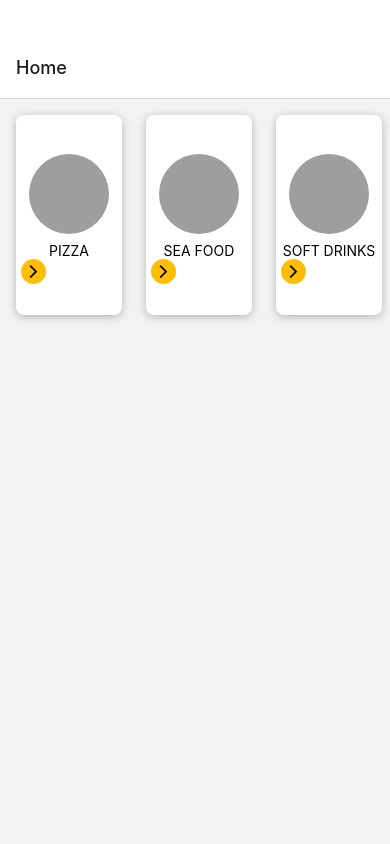
Repository: Esraa22M/ReactNative
Screen: /
An editor plug-in stored every save of this project. The screen is shown before and after the next save, followed by the edit.
Pictures or frames that could not be fetched are drawn as grey boxes. The app was drawn by React Native's web renderer in a window 390 px wide. The project was rebuilt for these pictures with package versions that can differ from the ones it lists, and the page was loaded fresh each time. Also part of the build but not shown: src/components/header/header.component.js, src/colors/front-screen-colors/user-auth-colors.js, src/components/header/header.styles.js, src/components/textInput/textInput.styles.js, src/components/textInput/textInput.components.jsx, src/components/singup-form-body/singup-form-body.components.js, src/screens/front-screen/Singup/singup-screen.screens.jsx, src/authentication/api/login-info.js and 2 more.

Above is the screen before, as saved 2023-09-21 02:17:42.

After the next save:
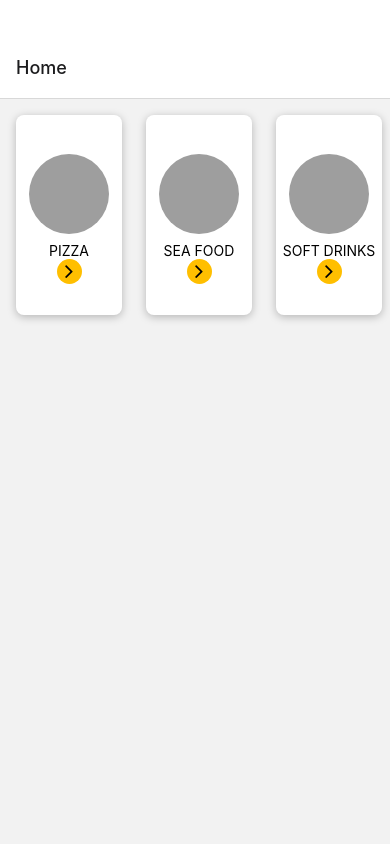
Saved 15 s later.
--- a/src/components/categories/category-item.components.js
+++ b/src/components/categories/category-item.components.js
@@ -51,5 +51,5 @@ const styles = StyleSheet.create({
     height: 25,
     borderRadius: 25 / 2,
   },
-  iconContainer: { justifyContent: "center" },
+  iconContainer: { justifyContent: "center", alignItems: "center" },
 });
